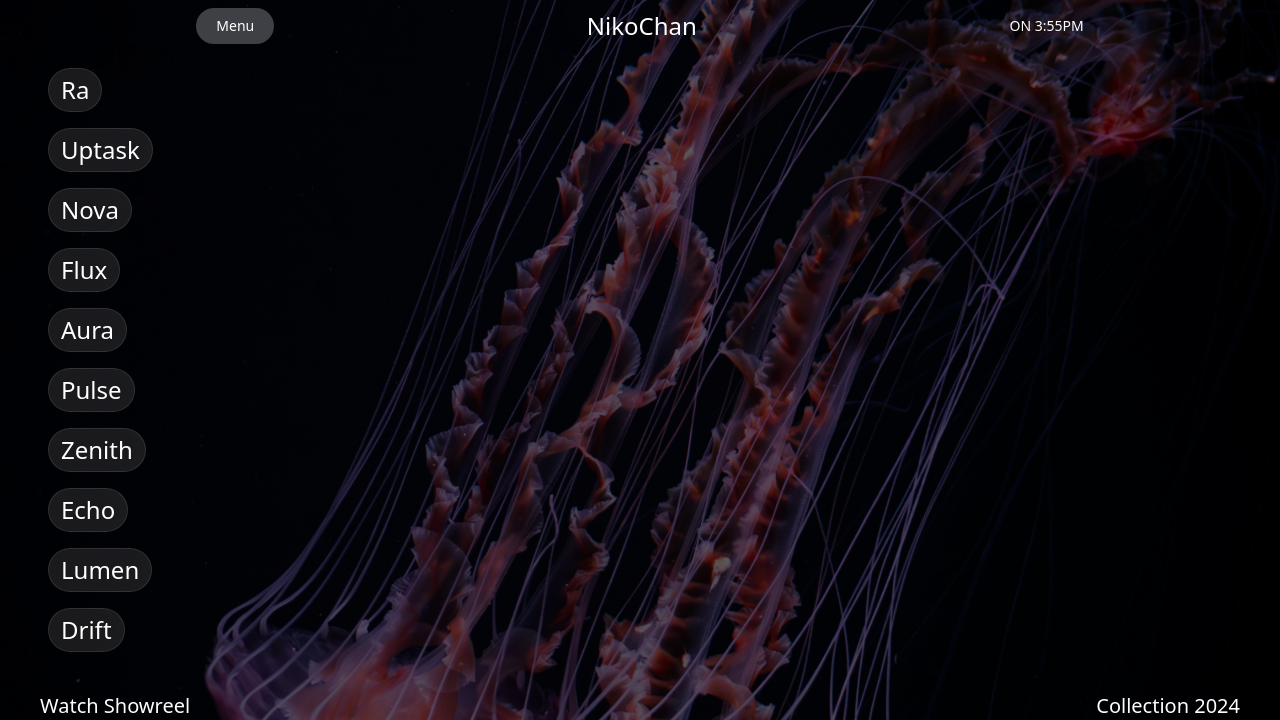
Repository: nikhilsinghrathore1/Niks_indian_local
Page: /
The author's editor kept a copy of each file at every save. The page is drawn from the files as they stood at one save, then again after the next save.
The browser window is 1280 px wide. The pictures show the whole page.
The project was rebuilt for these pictures with package versions that can differ from the ones it lists, and the page was loaded fresh each time. Also part of the build but not shown: vite.config.ts.

Above is the page before, as saved 2024-08-27 10:52:55.

### src/App.tsx
import { useState } from 'react'
import reactLogo from './assets/react.svg'
import viteLogo from '/vite.svg'
import './App.css'
import Landing from './Components/Landing'

function App() {
  const [count, setCount] = useState(0)

  return (
    <>

      <Landing/>
    </>
  )
}

export default App

### src/App.css
@font-face {
               font-family:font1 ;
               src: url("./assets/Fontspring-DEMO-rocgroteskcomp-regular.otf");
}

.f1{
               font-family: font1;
}

.item>p{
               padding: 6px 12px;

               font-weight: lighter;
               background-color: rgba(255, 255, 255, 0.1);
               border-radius: 40px;
               border: 1px solid rgba(255, 255, 255, 0.1);
               backdrop-filter: blur(20px);
               transition: 0.3s;
}

.item>p:hover{
               background: none;
               border: 1px solid rgba(255, 255, 255, 0.25);
}

.preview{
               position: fixed ;
               width: 100% ;
               height: 100% ;
               color: #fff;
               z-index: 1;
}

.preview-bg{
               position: absolute;
               width: 100%;
               pointer-events: none;
               height: 100%;
               opacity: 0.35;
}

.preview-title h1{
               font-weight:  lighter;
               font-size: 80px;
}

.preview p , .preview-description p{
               font-size: 14px;
               line-height: 120%;
}

.preview-varient-1 .preview-img{
               position: absolute;
               bottom: 0;
               right: 0;
               margin: 2em;
               width: 300px;
               height: 400px;
               clip-path: polygon(0% 100%, 100%, 100% , 100% 100% , 0% 100%);

}

.preview-varient-1 .preview-title{
               position: absolute;
               top: 35%;
               left: 25%;
}
.preview-varient-1 .preview-tags{
               position: absolute;
               top: 35%;
               left: 40%;
}

.preview-varient-1 .preview-description{
               width: 250px;
               position: absolute;
               top: 25%;
               right: 25%;
}
.preview-varient-3 .preview-img{
               position: absolute;
               bottom: 10%;
               left: 15%;
               margin: 2em;
               width: 300px;
               height: 400px;
               clip-path: polygon(0% 0%, 0%, 0% , 0% 100% , 0% 100%);

}

.preview-varient-3 .preview-title{
               position: absolute;
               bottom: 40%;
               right: 15%;
}
.preview-varient-3 .preview-tags{
               position: absolute;
               bottom: 20%;
               right: 30%;
}

.preview-varient-3 .preview-description{
               width: 250px;
               position: absolute;
               left: 20%;
               top: 15%;
}
.preview-varient-2 .preview-img{
               position: absolute;
               top: 10%;
               right: 5%;
               margin: 2em;
               width: 300px;
               height: 400px;
               clip-path: polygon(100% 0%, 100%, 0% , 100% 100% , 100% 100%);

}

.preview-varient-2 .preview-title{
               position: absolute;
               bottom: 30%;
               left: 50%;
}
.preview-varient-2 .preview-tags{
               position: absolute;
               top: 25%;
               left: 25%;
}

.preview-varient-3 .preview-description{
               width: 250px;
               position: absolute;
               right: 10%;
               bottom: 15%;
}

### src/Components/Landing.tsx
// Landing.tsx
import { useEffect, useRef } from 'react';
import gsap from 'gsap';
import img1 from '../assets/img1.jpg';
import img2 from '../assets/img2.jpg';
import img3 from '../assets/img3.jpg';
import img4 from '../assets/img4.jpg';
import img5 from '../assets/img5.jpg';
import img6 from '../assets/img6.jpg';
import img7 from '../assets/img7.jpg';
import img8 from '../assets/img8.jpg';
import img9 from '../assets/img9.jpg';
import img10 from '../assets/img10.jpg';
import defaultBg from '../assets/default-bg.jpg';

interface TransformProps {
  x?: number;
  y?: number;
  opacity?: number;
}

type VariantTransform = {
  [key: string]: {
    [elementClass: string]: TransformProps;
  };
};

const mapClasses = [
  'variant-1',
  'variant-2',
  'variant-3',
  'variant-1',
  'variant-2',
  'variant-3',
  'variant-1',
  'variant-2',
  'variant-3',
  'variant-1',
];

const previews = [
  {
    img: img1,
    title: 'Ra',
    tags: 'Futuristic Fashion, Minimal Design',
    description:
      'Exploring the intersection of minimalism and future fashion trends in web design.',
    bg: img1,
  },
  {
    img: img2,
    title: 'Uptask',
    tags: 'Fashion Innovation, Graphic Simplicity',
    description:
      'Innovative fashion web design with a core focus on simplicity and elegance.',
    bg: img2,
  },
  {
    img: img3,
    title: 'Nova',
    tags: 'Space Inspired, Modern Aesthetics',
    description:
      'A modern take on space-inspired designs blending technology and art.',
    bg: img3,
  },
  {
    img: img4,
    title: 'Flux',
    tags: 'Dynamic Layouts, Vibrant Colors',
    description:
      'Dynamic and colorful layouts that capture attention and engage users.',
    bg: img4,
  },
  {
    img: img5,
    title: 'Aura',
    tags: 'Serene Designs, Pastel Themes',
    description:
      'Creating calm and soothing user experiences through pastel-themed designs.',
    bg: img5,
  },
  {
    img: img6,
    title: 'Pulse',
    tags: 'Energetic Vibes, Bold Typography',
    description:
      'Harnessing energy and movement with bold typography and striking visuals.',
    bg: img6,
  },
  {
    img: img7,
    title: 'Zenith',
    tags: 'Peak Performance, Sleek Interfaces',
    description:
      'Designs focused on peak performance and sleek, intuitive interfaces.',
    bg: img7,
  },
  {
    img: img8,
    title: 'Echo',
    tags: 'Repetitive Patterns, Minimalist Touch',
    description:
      'Utilizing repetitive patterns to create harmony and balance in design.',
    bg: img8,
  },
  {
    img: img9,
    title: 'Lumen',
    tags: 'Light Themes, Clarity Focused',
    description:
      'Emphasizing clarity and readability through light-themed designs.',
    bg: img9,
  },
  {
    img: img10,
    title: 'Drift',
    tags: 'Fluid Movements, Abstract Forms',
    description:
      'Incorporating fluid movements and abstract forms for a unique user experience.',
    bg: img10,
  },
];

const Landing: React.FC = () => {
  const containerRef = useRef<HTMLDivElement>(null);
  const previewBgRef = useRef<HTMLDivElement>(null);
  const itemsRef = useRef<Array<HTMLDivElement | null>>([]);

  useEffect(() => {
    const defaultClipPath: { [key: string]: string } = {
      'variant-1': 'polygon(0% 100%, 100% 100%, 100% 100%, 0% 100%)',
      'variant-2': 'polygon(100% 0%, 100% 0%, 100% 100%, 100% 100%)',
      'variant-3': 'polygon(0% 0%, 0% 0%, 0% 100%, 0% 100%)',
    };

    const variantTransform: VariantTransform = {
      'variant-1': {
        title: { x: 75, opacity: 0 },
        tags: { y: -75, opacity: 0 },
        description: { x: -75, opacity: 0 },
      },
      'variant-2': {
        title: { x: -75, opacity: 0 },
        tags: { y: -75, opacity: 0 },
        description: { y: 75, opacity: 0 },
      },
      'variant-3': {
        title: { x: 75, opacity: 0 },
        tags: { y: 75, opacity: 0 },
        description: { x: 75, opacity: 0 },
      },
    };

    const getDefaultClipPath = (previewElement: HTMLDivElement): string => {
      for (const variant in defaultClipPath) {
        if (previewElement.classList.contains(variant)) {
          return defaultClipPath[variant];
        }
      }
      return 'polygon(100% 0%, 0% 0%, 0% 100%, 100% 100%)';
    };

    const applyVariantStyle = (
      previewElement: HTMLDivElement,
      reset: boolean = false
    ) => {
      const variant = mapClasses[Array.from(previewElement.classList).findIndex(cls => cls.startsWith('variant-'))];
      if (variant && variantTransform[variant]) {
        Object.entries(variantTransform[variant]).forEach(
          ([elementClass, transform]) => {
            const element = previewElement.querySelector(
              `.preview-${elementClass}`
            ) as HTMLElement;
            if (element) {
              gsap.set(element, reset ? transform : { x: 0, y: 0, opacity: 1 });
            }
          }
        );
      }
    };

    const changeBg = (newImgSrc: string) => {
      if (previewBgRef.current) {
        gsap.to(previewBgRef.current, {
          backgroundImage: `url(${newImgSrc})`,
          duration: 0.5,
          ease: 'power3.out',
        });
      }
    };

    // Create preview elements
    previews.forEach((preview, index) => {
      const previewElement = document.createElement('div');
      previewElement.className = `preview ${mapClasses[index]} preview-${index + 1}`;
      previewElement.style.opacity = '0';
      previewElement.style.position = 'absolute';
      previewElement.style.top = '50%';
      previewElement.style.left = '50%';
      previewElement.style.transform = 'translate(-50%, -50%)';
      previewElement.style.pointerEvents = 'none';
      previewElement.innerHTML = `
        <div class="preview-img">
          <img src="${preview.img}" alt="${preview.title}" />
        </div>
        <div class="preview-title">
          <h1>${preview.title}</h1>
        </div>
        <div class="preview-tags">
          <p>${preview.tags}</p>
        </div>
        <div class="preview-description">
          <p>${preview.description}</p>
        </div>
      `;
      if (containerRef.current) {
        containerRef.current.appendChild(previewElement);
        applyVariantStyle(previewElement, true);
      }
    });

    let activePreview: HTMLDivElement | null = null;

    itemsRef.current.forEach((item, index) => {
      if (item) {
        item.addEventListener('mouseenter', () => {
          const newBg = previews[index].bg;
          changeBg(newBg);

          const newActivePreview = containerRef.current?.querySelector(
            `.preview-${index + 1}`
          ) as HTMLDivElement;

          if (activePreview && activePreview !== newActivePreview) {
            gsap.to(activePreview, {
              opacity: 0,
              duration: 0.5,
              ease: 'power3.out',
              onComplete: () => applyVariantStyle(activePreview!, true),
            });
          }

          gsap.to(newActivePreview, {
            opacity: 1,
            duration: 0.5,
            ease: 'power3.out',
            onStart: () => applyVariantStyle(newActivePreview, false),
          });

          activePreview = newActivePreview;
        });

        item.addEventListener('mouseleave', () => {
          if (activePreview) {
            gsap.to(activePreview, {
              opacity: 0,
              duration: 0.5,
              ease: 'power3.out',
              onComplete: () => applyVariantStyle(activePreview!, true),
            });
            activePreview = null;
            changeBg(defaultBg);
          }
        });
      }
    });

    // Set initial background
    changeBg(defaultBg);
  }, []);

  return (
    <div className='w-full h-screen overflow-hidden fixed text-white bg-black'>
      {/* Nav Bar */}
      <nav className='w-full fixed px-10 flex pt-2 items-center justify-around text-lg z-50'>
        <div className='menu-btn w-fit bg-zinc-700 rounded-full backdrop-blur-md px-5 py-2 cursor-pointer'>
          <h1 className='text-sm'>Menu</h1>
        </div>
        <div className='logo text-2xl'>
          <h1>NikoChan</h1>
        </div>
        <div className='local-time text-sm'>
          <h1>ON 3:55PM</h1>
        </div>
      </nav>

      {/* Footer */}
      <div className='footer fixed px-10 bottom-0 text-xl flex items-center justify-between w-full z-50'>
        <p>Watch Showreel</p>
        <p>Collection 2024</p>
      </div>

      {/* Items List */}
      <div
        className='items fixed w-1/3 h-full flex flex-col px-12 text-2xl leading-tight capitalize justify-center z-30'
        >
        {previews.map((preview, index) => (
          <div
            key={index}
            className='item w-fit py-2 cursor-pointer'
            ref={(el) => (itemsRef.current[index] = el)}
          >
            <p>{preview.title}</p>
          </div>
        ))}
      </div>

      {/* Preview Background */}
      <div
        className='preview-bg fixed top-0 left-0 w-full h-full bg-cover bg-center z-10 transition-all duration-500 ease-out'
        ref={previewBgRef}
      ></div>

      {/* Preview Container */}
      <div
        className='preview-container fixed top-0 left-0 w-full h-full pointer-events-none z-20'
        ref={containerRef}
      ></div>
    </div>
  );
};

export default Landing;

Loaded but not shown: index.html (common file); src/main.tsx (common file); src/index.css (common file); tailwind.config.js (common file)

After the next save:
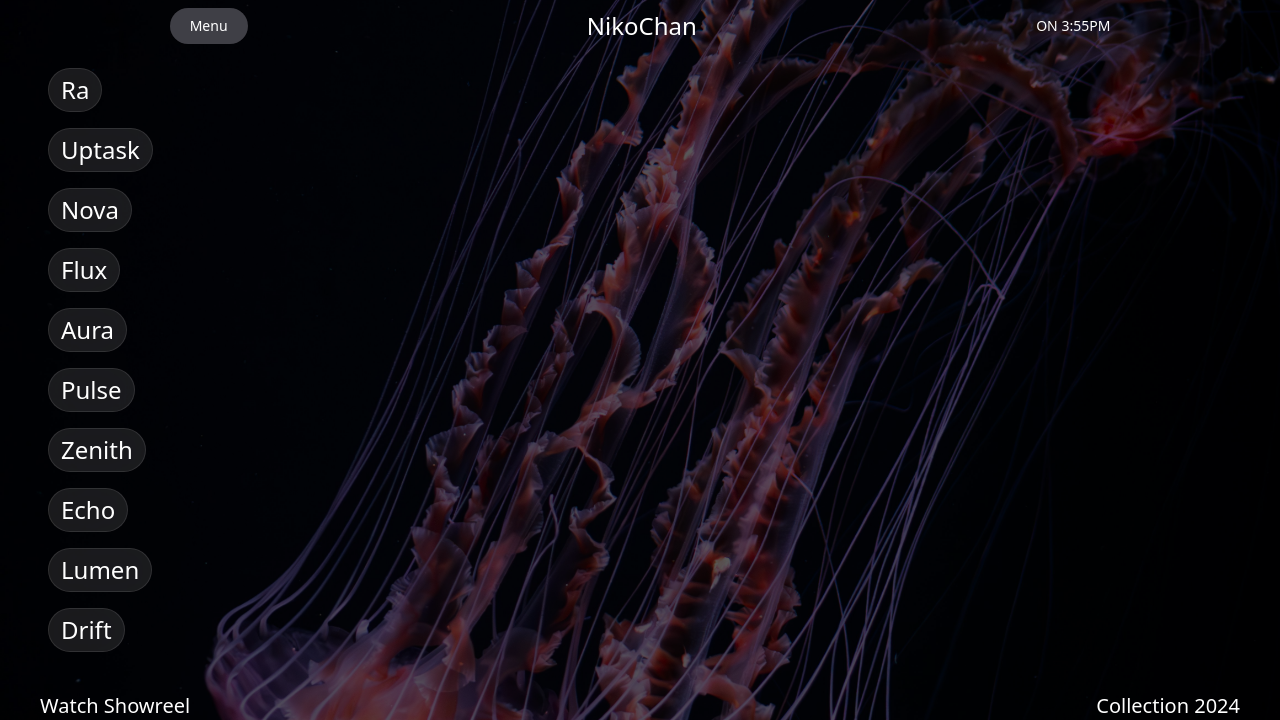
Saved 6 s later.
--- a/src/Components/Landing.tsx
+++ b/src/Components/Landing.tsx
@@ -272,7 +272,7 @@ const Landing: React.FC = () => {
   return (
     <div className='w-full h-screen overflow-hidden fixed text-white bg-black'>
       {/* Nav Bar */}
-      <nav className='w-full fixed px-10 flex pt-2 items-center justify-around text-lg z-50'>
+      <nav className='w-full fixed flex pt-2 items-center justify-around text-lg z-50'>
         <div className='menu-btn w-fit bg-zinc-700 rounded-full backdrop-blur-md px-5 py-2 cursor-pointer'>
           <h1 className='text-sm'>Menu</h1>
         </div>
